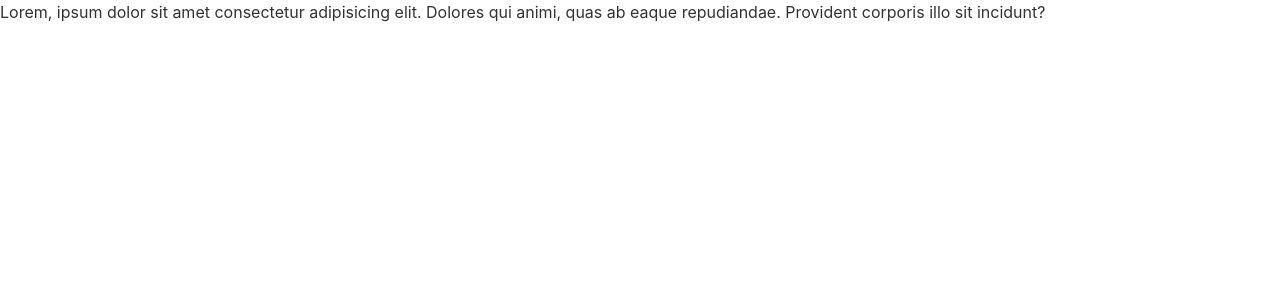
Repository: Devloper-solaiman/Air-Doctors-Support
Page: /
These files come from the project's save history. The page is drawn as it stood at one moment and after the next save; the edit follows.
The browser window is 1280 px wide. The pictures show the whole page.
The project was rebuilt for these pictures with package versions that can differ from the ones it lists, and the page was loaded fresh each time. Also part of the build but not shown: src/App.css.

Above is the page before, as saved 2023-02-19 11:50:33.

### public/index.html
<!DOCTYPE html>
<html lang="en">
  <head>
    <meta charset="utf-8" />
    <link rel="icon" href="%PUBLIC_URL%/favicon.ico" />
    <meta name="viewport" content="width=device-width, initial-scale=1" />
    <meta name="theme-color" content="#000000" />
    <meta
      name="description"
      content="Web site created using create-react-app"
    />
    <link rel="apple-touch-icon" href="%PUBLIC_URL%/logo192.png" />
    <!--
      manifest.json provides metadata used when your web app is installed on a
      user's mobile device or desktop. See https://developers.google.com/web/fundamentals/web-app-manifest/
    -->
    <link rel="manifest" href="%PUBLIC_URL%/manifest.json" />
    <!--
      Notice the use of %PUBLIC_URL% in the tags above.
      It will be replaced with the URL of the `public` folder during the build.
      Only files inside the `public` folder can be referenced from the HTML.

      Unlike "/favicon.ico" or "favicon.ico", "%PUBLIC_URL%/favicon.ico" will
      work correctly both with client-side routing and a non-root public URL.
      Learn how to configure a non-root public URL by running `npm run build`.
    -->
    <title>Air-Doctors-Support</title>
  </head>
  <body>
    <noscript>You need to enable JavaScript to run this app.</noscript>
    <div id="root"></div>
    <!--
      This HTML file is a template.
      If you open it directly in the browser, you will see an empty page.

      You can add webfonts, meta tags, or analytics to this file.
      The build step will place the bundled scripts into the <body> tag.

      To begin the development, run `npm start` or `yarn start`.
      To create a production bundle, use `npm run build` or `yarn build`.
    -->
  </body>
</html>

### src/App.js
import { Route, Routes } from 'react-router-dom';
import './App.css';
import Home from './Pages/Home/Home';

function App() {
  return (
    <section>
      <Routes>
        <Route path='/' element={<Home></Home>}></Route>
      </Routes>
    </section>
  );
}

export default App;

### src/Pages/Home/Home.js
import React from 'react';

const Home = () => {
    return (
        <section>
            <h5>Lorem, ipsum dolor sit amet consectetur adipisicing elit. Dolores qui animi, quas ab eaque repudiandae. Provident corporis illo sit incidunt?</h5>
        </section>
    );
};

export default Home;

### tailwind.config.js
/** @type {import('tailwindcss').Config} */
module.exports = {
  content: ["./src/**/*.{html,js}"],
  theme: {
    extend: {},
  },
  daisyui: {
    themes: [
      {
        doctortheme: {
          primary: "#0FCFEC",
          secondary: "#19D3AE",
          accent: "#3A4256",
          neutral: "#3d4451",
          "base-100": "#ffffff",
        },
      },
      "dark",
      "cupcake",
    ],
  },
  plugins: [require("daisyui")],
}

Loaded but not shown: src/index.js (common file); src/index.css (common file); src/reportWebVitals.js (common file)

After the next save:
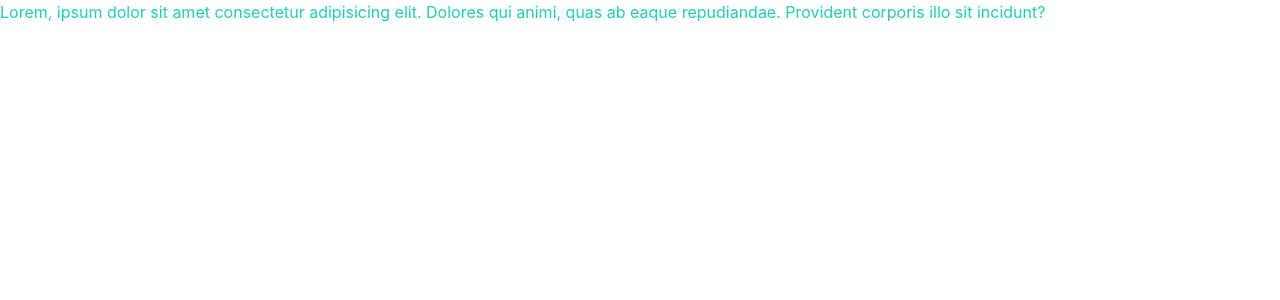
Saved 38 s later.
--- a/src/Pages/Home/Home.js
+++ b/src/Pages/Home/Home.js
@@ -3,7 +3,7 @@ import React from 'react';
 const Home = () => {
     return (
         <section>
-            <h5>Lorem, ipsum dolor sit amet consectetur adipisicing elit. Dolores qui animi, quas ab eaque repudiandae. Provident corporis illo sit incidunt?</h5>
+            <h5 className='text-secondary'>Lorem, ipsum dolor sit amet consectetur adipisicing elit. Dolores qui animi, quas ab eaque repudiandae. Provident corporis illo sit incidunt?</h5>
         </section>
     );
 };
